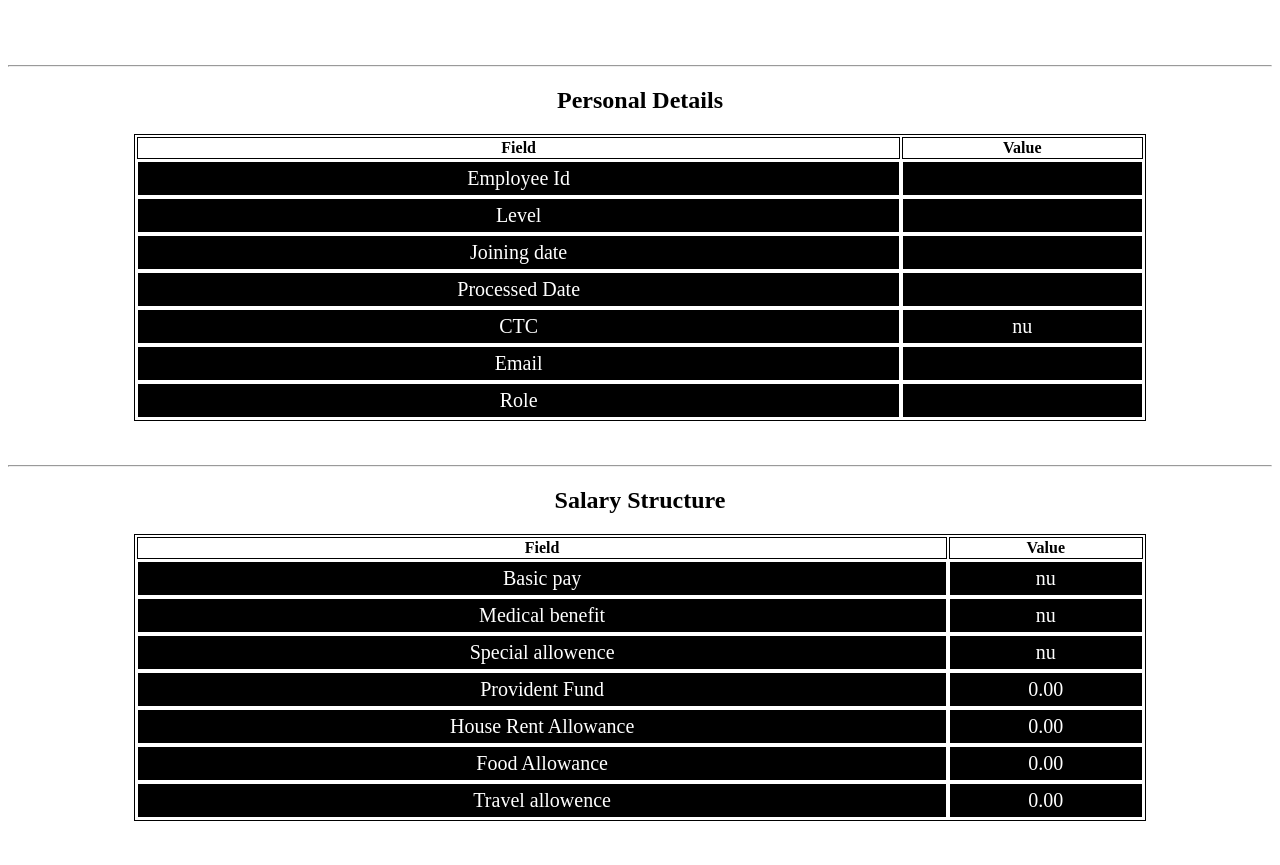
Repository: Mainak-Deb/EmployeeApprisalApp
Page: http://localhost/EmployeeApprisalForm/WEB-INF/views/userPage.jsp
The author's editor kept a copy of each file at every save. The page is drawn from the files as they stood at one save, then again after the next save.
The browser window is 1280 px wide. The pictures show the whole page.
The page is served by Tomcat 9. Nobody is signed in. The template is opened directly, without the code that normally fills it, so the values that code supplies are empty.

Above is the page before, as saved 2023-06-27 11:24:07.

After the next save:
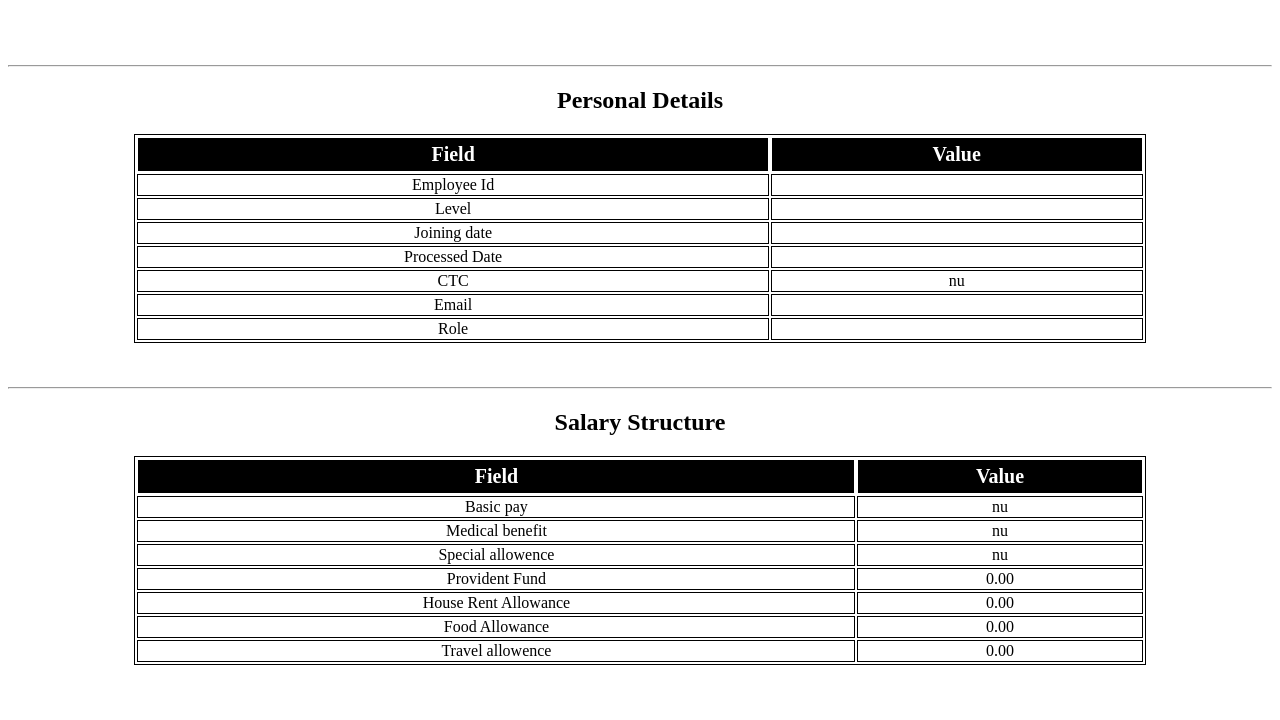
Saved 11 s later.
--- a/EmployeeApprisalForm/src/main/webapp/public/styles/userPage.css
+++ b/EmployeeApprisalForm/src/main/webapp/public/styles/userPage.css
@@ -8,7 +8,7 @@ table, th, td {
     margin: auto;
   }
 
-  td{
+  th{
   	background-color:black;
   	color:white;
   	padding:5px;
